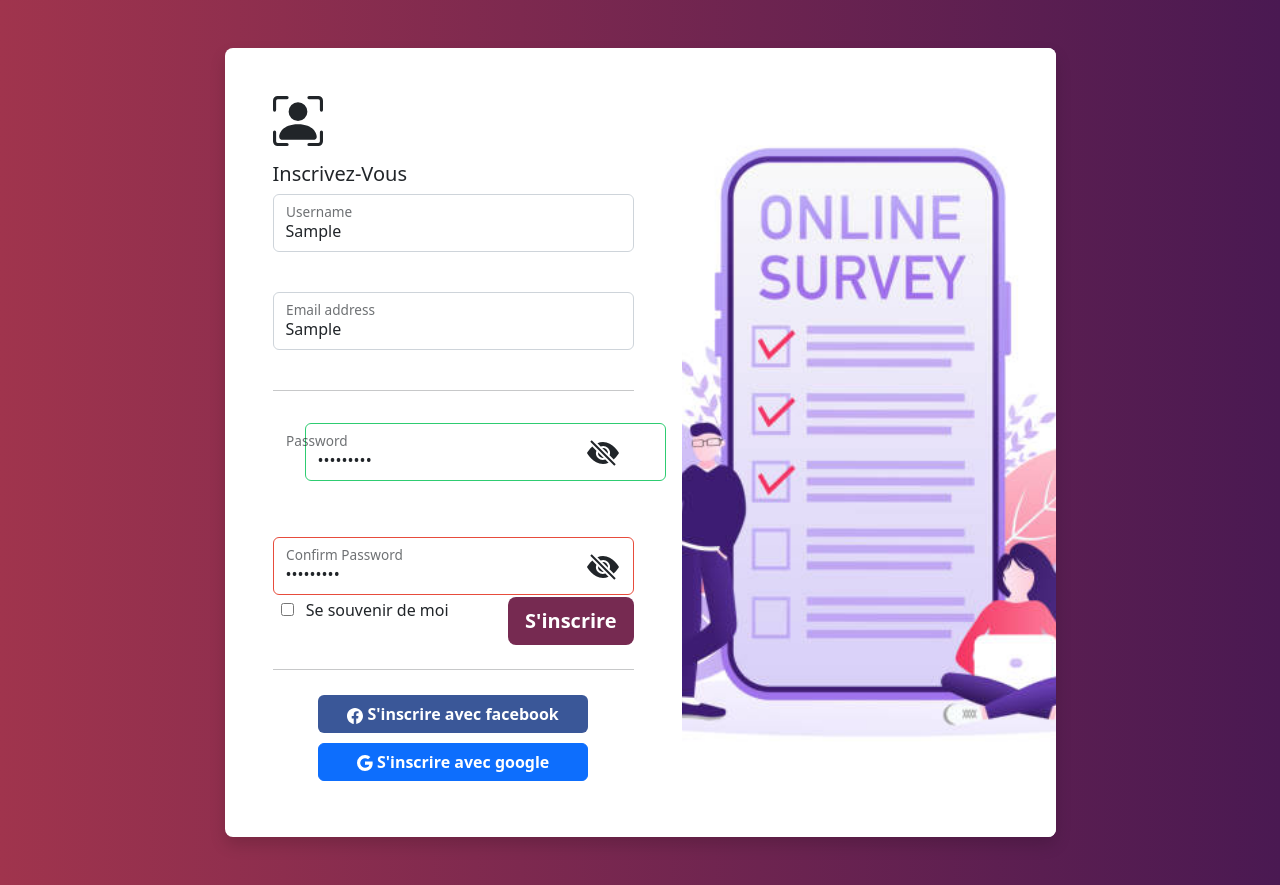
Repository: Djiamil/testsMoustaphaDER
Page: index.html
An editor plug-in stored every save of this project. The page is shown before and after the next save, followed by the edit.
The browser window is 1280 px wide. The pictures show the whole page.
Empty fields were first filled with sample values (such as "Sample", 5 or name@example.com).
After loading, the first visible `#password` was changed once.

Above is the page before, as saved 2022-12-09 11:35:30.
Console error: TypeError: Cannot set properties of null (setting 'innerText')

### index.html
<!DOCTYPE html>
<html lang="en">
<head>
    <meta charset="UTF-8">
    <meta http-equiv="X-UA-Compatible" content="IE=edge">
    <meta name="viewport" content="width=device-width, initial-scale=1.0">
    <title>Formulaire d'inscription Futur Digital</title>
    <link rel="stylesheet" href="https://cdn.jsdelivr.net/npm/bootstrap@5.2.3/dist/css/bootstrap.min.css" integrity="sha384-rbsA2VBKQhggwzxH7pPCaAqO46MgnOM80zW1RWuH61DGLwZJEdK2Kadq2F9CUG65" crossorigin="anonymous">
    <link rel="stylesheet" href="style.css">
</head>
<body>
    <div class="container">
        <div class="row">
          <div class="col-lg-10 col-xl-9 mx-auto">
            <div class="card flex-row my-5 border-0 shadow rounded-3 overflow-hidden">
                <div class="card-body p-4 p-sm-5">
                    <div class="d-flex flex-column">
                        <svg xmlns="http://www.w3.org/2000/svg" width="50" height="50" fill="currentColor" class="bi bi-person-bounding-box mb-3" viewBox="0 0 16 16">
                            <path d="M1.5 1a.5.5 0 0 0-.5.5v3a.5.5 0 0 1-1 0v-3A1.5 1.5 0 0 1 1.5 0h3a.5.5 0 0 1 0 1h-3zM11 .5a.5.5 0 0 1 .5-.5h3A1.5 1.5 0 0 1 16 1.5v3a.5.5 0 0 1-1 0v-3a.5.5 0 0 0-.5-.5h-3a.5.5 0 0 1-.5-.5zM.5 11a.5.5 0 0 1 .5.5v3a.5.5 0 0 0 .5.5h3a.5.5 0 0 1 0 1h-3A1.5 1.5 0 0 1 0 14.5v-3a.5.5 0 0 1 .5-.5zm15 0a.5.5 0 0 1 .5.5v3a1.5 1.5 0 0 1-1.5 1.5h-3a.5.5 0 0 1 0-1h3a.5.5 0 0 0 .5-.5v-3a.5.5 0 0 1 .5-.5z"/>
                            <path d="M3 14s-1 0-1-1 1-4 6-4 6 3 6 4-1 1-1 1H3zm8-9a3 3 0 1 1-6 0 3 3 0 0 1 6 0z"/>
                        </svg>
                        <h5 class="card-title  fw-light fs-5">Inscrivez-Vous</h5>
                    </div>
                    <form class="form" id="form">

                    <div class="form-floating mb-3">
                        <input type="text" class="form-control" id="username" placeholder="Username">
                        <label for="username">Username</label>
                        <small>Error message</small>
                    </div>

                    <div class="form-floating mb-3">
                        <input type="text" class="form-control" id="email" placeholder="Enter email">
                        <label for="floatingInputEmail">Email address</label>
                        <small>Error message</small>
                    </div>

                    <hr>

                    <div class="form-floating mb-3" >
                        <svg xmlns="http://www.w3.org/2000/svg" width="16" height="16" fill="currentColor" class="bi bi-eye-slash-fill" viewBox="0 0 16 16" id="eyes" >
                            <path d="m10.79 12.912-1.614-1.615a3.5 3.5 0 0 1-4.474-4.474l-2.06-2.06C.938 6.278 0 8 0 8s3 5.5 8 5.5a7.029 7.029 0 0 0 2.79-.588zM5.21 3.088A7.028 7.028 0 0 1 8 2.5c5 0 8 5.5 8 5.5s-.939 1.721-2.641 3.238l-2.062-2.062a3.5 3.5 0 0 0-4.474-4.474L5.21 3.089z"/>
                            <path d="M5.525 7.646a2.5 2.5 0 0 0 2.829 2.829l-2.83-2.829zm4.95.708-2.829-2.83a2.5 2.5 0 0 1 2.829 2.829zm3.171 6-12-12 .708-.708 12 12-.708.708z"/>
                        </svg>
                        <input type="password" class="form-control" id="password" placeholder="Enter password">

                        <label for="floatingPassword">Password</label>
                        <small>Error message</small>
                    </div>

                    <div class="form-floating mb-3">
                        <svg xmlns="http://www.w3.org/2000/svg" width="16" height="16" fill="currentColor" class="bi bi-eye-slash-fill" viewBox="0 0 16 16" id="eyes1">
                            <path d="m10.79 12.912-1.614-1.615a3.5 3.5 0 0 1-4.474-4.474l-2.06-2.06C.938 6.278 0 8 0 8s3 5.5 8 5.5a7.029 7.029 0 0 0 2.79-.588zM5.21 3.088A7.028 7.028 0 0 1 8 2.5c5 0 8 5.5 8 5.5s-.939 1.721-2.641 3.238l-2.062-2.062a3.5 3.5 0 0 0-4.474-4.474L5.21 3.089z"/>
                            <path d="M5.525 7.646a2.5 2.5 0 0 0 2.829 2.829l-2.83-2.829zm4.95.708-2.829-2.83a2.5 2.5 0 0 1 2.829 2.829zm3.171 6-12-12 .708-.708 12 12-.708.708z"/>
                        </svg>
                        <input type="password" class="form-control" id="password2" placeholder="Confirm your password">
                        <label for="floatingPasswordConfirm">Confirm Password</label>
                    </div>

                    <div class="d-grid mb-2 w-100 d-flex justify-content-between">
                        <div>
                            <input type="checkbox" value="" class="m-2">
                            Se souvenir de moi
                        </div>
                        <button class="btn btn-lg   fw-bold  mr-25" id="btninscription">S'inscrire</button>
                    </div>

                    <hr class="my-4">
                </form>
                <div class="d-flex justify-content-center flex-column align-items-center">
                    <div class="d-grid mb-2 w-75">
                        <button class="btn btn-facebook fw-bold ">
                            <svg xmlns="http://www.w3.org/2000/svg" width="16" height="16" fill="currentColor" class="bi bi-facebook" viewBox="0 0 16 16">
                                <path d="M16 8.049c0-4.446-3.582-8.05-8-8.05C3.58 0-.002 3.603-.002 8.05c0 4.017 2.926 7.347 6.75 7.951v-5.625h-2.03V8.05H6.75V6.275c0-2.017 1.195-3.131 3.022-3.131.876 0 1.791.157 1.791.157v1.98h-1.009c-.993 0-1.303.621-1.303 1.258v1.51h2.218l-.354 2.326H9.25V16c3.824-.604 6.75-3.934 6.75-7.951z"/>
                            </svg>
                            S'inscrire avec facebook
                        </button>
                    </div>
                    <div class="d-grid mb-2 w-75">
                        <button class="btn btn-primary fw-bold ">
                            <svg xmlns="http://www.w3.org/2000/svg" width="16" height="16" fill="currentColor" class="bi bi-google" viewBox="0 0 16 16">
                                <path d="M15.545 6.558a9.42 9.42 0 0 1 .139 1.626c0 2.434-.87 4.492-2.384 5.885h.002C11.978 15.292 10.158 16 8 16A8 8 0 1 1 8 0a7.689 7.689 0 0 1 5.352 2.082l-2.284 2.284A4.347 4.347 0 0 0 8 3.166c-2.087 0-3.86 1.408-4.492 3.304a4.792 4.792 0 0 0 0 3.063h.003c.635 1.893 2.405 3.301 4.492 3.301 1.078 0 2.004-.276 2.722-.764h-.003a3.702 3.702 0 0 0 1.599-2.431H8v-3.08h7.545z"/>
                              </svg> S'inscrire avec google
                        </button>
                    </div>
                </div>
                </div>
                <div class="card-img-left d-none d-md-flex">
                    <!-- Place de l'image qui est a gauche seter dans le css!-->
                  </div>
            </div>
        </div>
    </div>
<script src="https://cdn.jsdelivr.net/npm/bootstrap@5.2.3/dist/js/bootstrap.min.js" integrity="sha384-cuYeSxntonz0PPNlHhBs68uyIAVpIIOZZ5JqeqvYYIcEL727kskC66kF92t6Xl2V" crossorigin="anonymous"></script>
<script src="script.js"></script>
</body>
</html>

### style.css
@import url('https://fonts.googleapis.com/css2?family=Open+Sans:wght@300&display=swap');
:root{
  --success-color: #2ecc71;
  --error-color: #e74c3c;
}
body {
    background: #a0344d;
    background: linear-gradient(to right, #a0344d, #4a1952);
  }

  .card-img-left {
    width: 45%;
    /* Link to your background image using in the property below! */
    background: scroll center url('./image/ins.jpg');
    background-size: cover;
  }

  /* .btn-login {
    font-size: 0.9rem;
    letter-spacing: 0.05rem;
    padding: 0.75rem 1rem;
  } */

  /* .btn-google {
    color: white !important;
    background-color: #2297f4;
  } */

  .btn-facebook {
    color: white !important;
    background-color: #3a5798;
  }
  .form-floating input:focus{
    outline: 0;
    border-color: #777;
}

.form-floating.success input{
    border-color: var(--success-color);
    margin: 2rem;
}

.form-floating.error input{
    border-color: var(--error-color);
}

  .form-floating small{
    color: var(--error-color);
    bottom: 0;
    left: 0;
    visibility: hidden;
}

.form-floating.error small{
    visibility: visible;
}
button{
  position:relative;
  margin-top: 0.1rem;
}
#btninscription{
  background-color: #762a51;
  color: white;
}
#eyes{
  float: right;
  position:absolute;
  margin-top: 4%;
  margin-left: 85%;
  width: 3rem;
  height: 2rem;
  /* position: absolute; */
  /* margin-bottom: 6rem; */
  /* margin-top: 3rem; */
}
#eyes1{
  float: right;
  position:absolute;
  margin-top: 4%;
  margin-left: 85%;
  width: 3rem;
  height: 2rem;
  /* position: absolute; */
  /* margin-bottom: 6rem; */
  /* margin-top: 3rem; */
}

### script.js
const form = document.getElementById('form');
const username = document.getElementById('username');
const email = document.getElementById('email');
const password = document.getElementById('password');
const password2 = document.getElementById('password2');
const eyes = document.getElementById('eyes');
const eyes1 = document.getElementById('eyes1');
e=true;
e1=true;
eyes.addEventListener("click", function(){
    if(e){
        password.setAttribute("type", "text")
        e=false;
    }else{
        password.setAttribute("type", "password")
        e=true;
    }
    });
    eyes1.addEventListener("click", function(){
        if(e1){
            password2.setAttribute("type", "text")
            e1=false;
        }else{
            password2.setAttribute("type", "password")
            e1=true;
        }
    });
password.addEventListener("input",checkPass);
function checkPass(){//Cette fonction verifie le mot de passe
    let mdp = this.value;
    if(/[a-z]/.test(mdp)){
        showSuccess(password)
    }else{}
    showError(password2,"Le mot passe doit contenir un caracter special")
}


function showError(input, message) {//Afficher les messages d'erreur
    const formControl = input.parentElement;
    formControl.className = 'form-floating error';
    const small = formControl.querySelector('small');
    small.innerText = message;
}

function showSuccess(input) {
    const formControl = input.parentElement;
    formControl.className = 'form-floating success';
}

function checkEmail(input) {//Tester si l'email est valide :  javascript : valid email
    const re = /^(([^<>()\[\]\\.,;:\s@"]+(\.[^<>()\[\]\\.,;:\s@"]+)*)|(".+"))@((\[[0-9]{1,3}\.[0-9]{1,3}\.[0-9]{1,3}\.[0-9]{1,3}\])|(([a-zA-Z\-0-9]+\.)+[a-zA-Z]{2,}))$/;

    if (re.test(input.value.trim().toLowerCase())) {
        showSuccess(input);
    } else {
        showError(input,`Email is not valid!`);
    }
}

function checkRequired(inputArray) {// Tester si les champs ne sont pas vides
    inputArray.forEach(input => {
        if (input.value.trim() === '') {
            showError(input,`${getFieldName(input)} is required`);
        }else{
            showSuccess(input);
        }
    });
}

//
function getFieldName(input) {//Retour le nom de chaque input en se basant sur son id
    return input.id.charAt(0).toUpperCase() + input.id.slice(1);
}
//

//
function checkLength(input, min, max) {//Tester la longueur de la valeur  d'un input
    if(input.value.length < min){
        showError(input, `${getFieldName(input)} must be at least ${min} characters!`)
    }else if(input.value.length > max){
        showError(input, `${getFieldName(input)} must be less than ${max} characters !`);
    }else{
        showSuccess(input);
    }
}
//
function checkPasswordMatch(input1, input2) {//Verifie la conformité des password
    if (input1.value !== input2.value) {
        showError(input2, 'Passwords do not match!');
    }
}

form.addEventListener('submit',function(e){
    e.preventDefault();//Bloquer la soumission du formulaire

    checkpassword(password)
    checkRequired([username, email, password, password2]);
    //
    checkLength(username, 3, 15);
    checkLength(password, 10, 25);
    checkEmail(email);
    checkPasswordMatch(password,password2);


    /*
    function isValidEmail(email) {//Tester si l'email est valide
    const re = /^(([^<>()\[\]\\.,;:\s@"]+(\.[^<>()\[\]\\.,;:\s@"]+)*)|(".+"))@((\[[0-9]{1,3}\.[0-9]{1,3}\.[0-9]{1,3}\.[0-9]{1,3}\])|(([a-zA-Z\-0-9]+\.)+[a-zA-Z]{2,}))$/;
    return re.test(String(email).toLowerCase());
}
*/
});

After the next save:
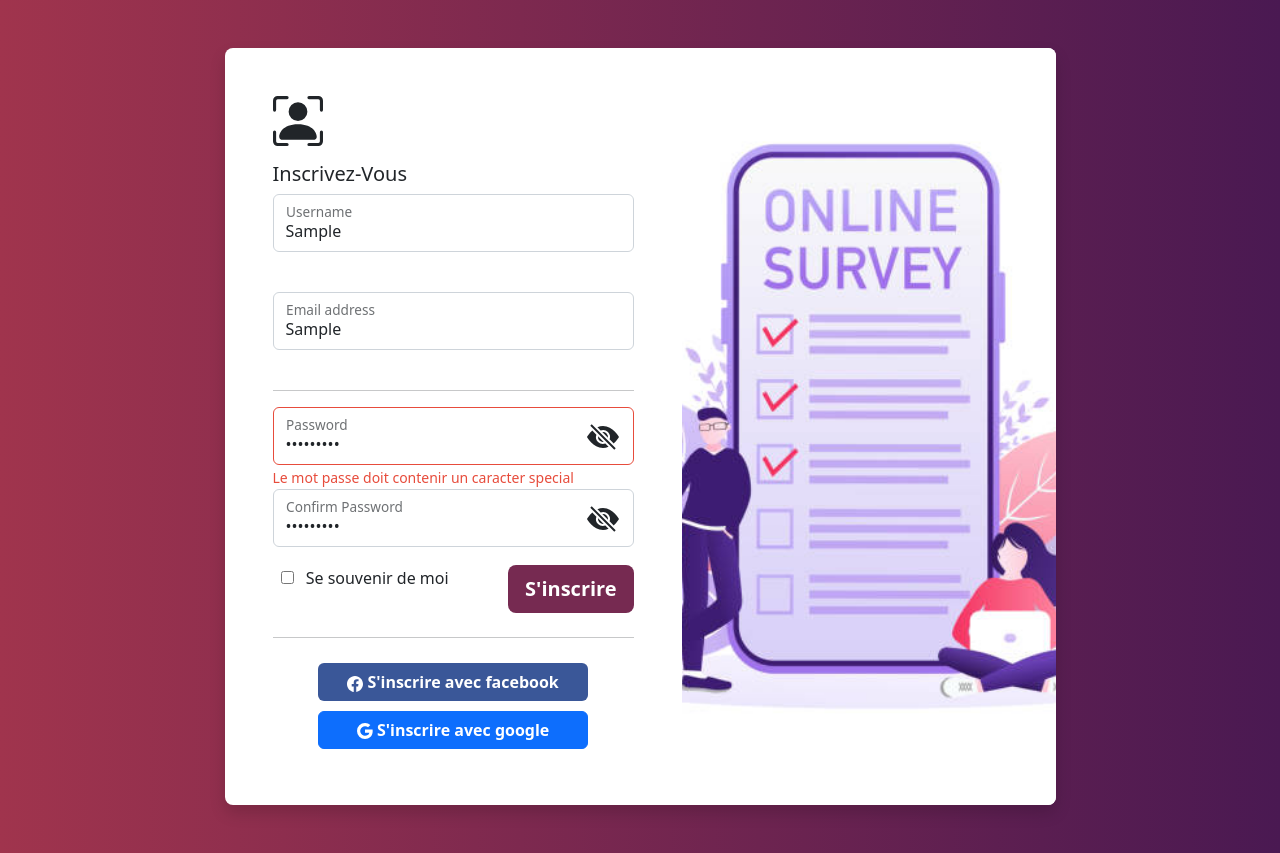
The error is gone.
Saved 6 s later.
--- a/script.js
+++ b/script.js
@@ -31,7 +31,7 @@ function checkPass(){//Cette fonction verifie le mot de passe
     if(/[a-z]/.test(mdp)){
         showSuccess(password)
     }else{}
-    showError(password2,"Le mot passe doit contenir un caracter special")
+    showError(password,"Le mot passe doit contenir un caracter special")
 }
 
 
